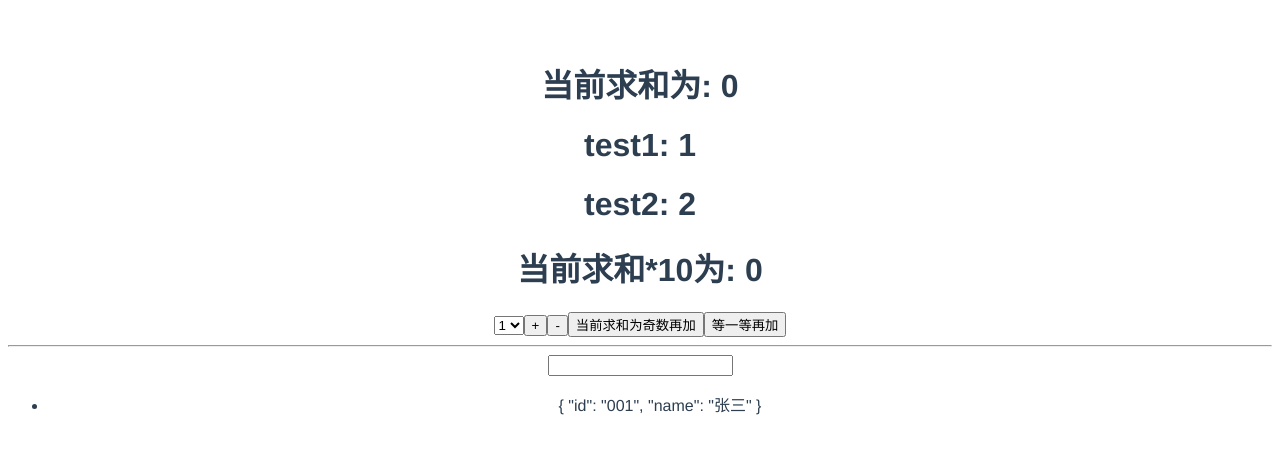
Repository: 319226862/wyy
Page: /#/home/message (app in test/)
An editor plug-in stored every save of this project. The page is shown before and after the next save, followed by the edit.
The browser window is 1280 px wide. The pictures show the whole page.
The project was rebuilt for these pictures with package versions that can differ from the ones it lists, and the page was loaded fresh each time. Also part of the build but not shown: test/vue.config.js.

Above is the page before, as saved 2023-07-03 15:20:31.

### test/src/main.js
import Vue from 'vue'
import App from './App.vue'
import store from './store'

Vue.config.productionTip = false

new Vue({
  render: h => h(App),
  store,
  beforeCreate(){
    Vue.prototype.$bus = this
  }
}).$mount('#app')

### test/src/App.vue
<template>
  <div id="container">
    <!-- <Category title="food" :listData="foods"/> -->
    <!-- <Category title="game" :listData="games"/> -->
    <!-- <Category title="film" :listData="films"/> -->
    <!-- <Category title="food">
      <img slot="bottom" src="https://s3.ax1x.com/2021/01/16/srJlq0.jpg" />
      <a slot="footer" href="#">more</a>
    </Category> -->

    <!-- <Category title="games">
      <template scope="data">
        <ul>
          <li v-for="(game,index) in data.games" :key="index">{{ game }}</li>
        </ul>
      </template>
    </Category>

    <Category title="games">
      <template scope="data">
        <ol>
          <li v-for="(game,index) in data.games" :key="index">{{ game }}</li>
        </ol>
      </template>
    </Category>

    <Category title="games">
      <template scope="data">
        <h4>
          <li v-for="(game,index) in data.games" :key="index">{{ game }}</li>
        </h4>
      </template>
    </Category> -->

    <!-- <Category title="films">
      <video slot="bottom" src="http://clips.vorwaerts-gmbh.de/big_buck_bunny.mp4"></video>
      <a slot="footer" href="#">more</a>
    </Category> -->


    <Count/>
    <hr/>
    <Person/>
  </div>
</template>

<script>
// import axios from 'axios'
// import Category from './components/Category.vue'
import Count from './components/Count.vue';
import Person from './components/Person.vue';
export default {
  name: 'App',
  components: {Count,Person},
  methods:{
  }
}
</script>

<style>
#container {
  font-family: Avenir, Helvetica, Arial, sans-serif;
  -webkit-font-smoothing: antialiased;
  -moz-osx-font-smoothing: grayscale;
  text-align: center;
  color: #2c3e50;
  margin-top: 60px;
}

</style>

### test/src/store/index.js
// 用于创建vuex的store
import Vue from 'vue'
import Vuex from 'vuex'
Vue.use(Vuex)
// 准备actions——用于响应组件中的动作
const actions={
    jia(context,value){
        // console.log("actions,jia被调用",context,value)
        context.commit('JIA',value)
    },
    jian(context,value){
        // console.log("actions,jia被调用",context,value)
        context.commit('JIAN',value)
    },
    jiaOdd(context,value){
        if (context.state.number%2){
            context.commit('JIA',value)
        }
    },
    jiaWait(context,value){
        setTimeout(() => {
            context.commit('JIA',value)
        }, 500);
    }
}

// 准备mutations——用于操作数据state
const mutations={
    JIA(state,value){
        // console.log("mutations,JIA被调用",state,value)
        state.number += value
    },
    JIAN(state,value){
        // console.log("mutations,JIA被调用",state,value)
        state.number -= value
    },
}

// 准备state——用于存储数据   data
const state={
    // 求和数字
    number:0,
    school:1,
    subject:2,
    personList:[
        {id: '001',name:'张三'}
    ]
}

// 准备getters——用于加工state中的数据   computed
const getters = {
    bigSum(state){
        return state.number*10
    }
}

// 创建&暴露store
export default new Vuex.Store({
    actions,
    mutations,
    state,
    getters
})

### test/src/components/Count.vue
<template>
    <div>
        <h1>当前求和为: {{ number }}</h1>
        <h1>test1: {{ school }}</h1>
        <h1>test2: {{ subject }}</h1>
        <h1>当前求和*10为: {{ $store.getters.bigSum }}</h1>
        <select v-model.number="n">
            <option value="1">1</option>
            <option value="2">2</option>
            <option value="3">3</option>
        </select>
        <button @click="increment">+</button>
        <button @click="decrement">-</button>
        <button @click="incrementOdd">当前求和为奇数再加</button>
        <button @click="incrementWait">等一等再加</button>
    </div>
</template>

<script>
import {mapState} from 'vuex'
export default {
    data(){
        return {
            // 用户选择的数字
            n:1,

        }
    },
    computed: {
        // 对象写法
        // ...mapState({
        //     number:'number',
        //     school:'school',
        //     subject:'subject'
        // })
        ...mapState(['number','school','subject'])
    },
    methods:{
        increment(){
            // this.number += this.n
            this.$store.commit('JIA',this.n)
        },
        decrement(){
            // this.number -= this.n
            // commit 越过dispatch
            this.$store.commit('JIAN',this.n)
        },
        incrementOdd(){
            // if(this.number%2){
            //     this.number += this.n
            // }
            // if(this.$store.state.number%2){
            //     this.$store.dispatch('jia',this.n)
            // }
            this.$store.dispatch('jiaOdd',this.n)
        },
        incrementWait(){
            // setTimeout(()=>{
            //     // this.number += this.n
            //     this.$store.dispatch('jia',this.n)
            // },500)
            this.$store.dispatch('jiaWait',this.n)
        },
    },
}
</script>

<style>

</style>

### test/src/components/Person.vue
<template>
    <div>
        <input type="text" >
        <ul v-for="person in $store.state.personList" :key="person.id">
            <li>{{ person }}</li>
        </ul>
    </div>
</template>

<script>
export default {
    name: 'Person'
}
</script>

<style>

</style>

Loaded but not shown: test/public/index.html (common file)

After the next save:
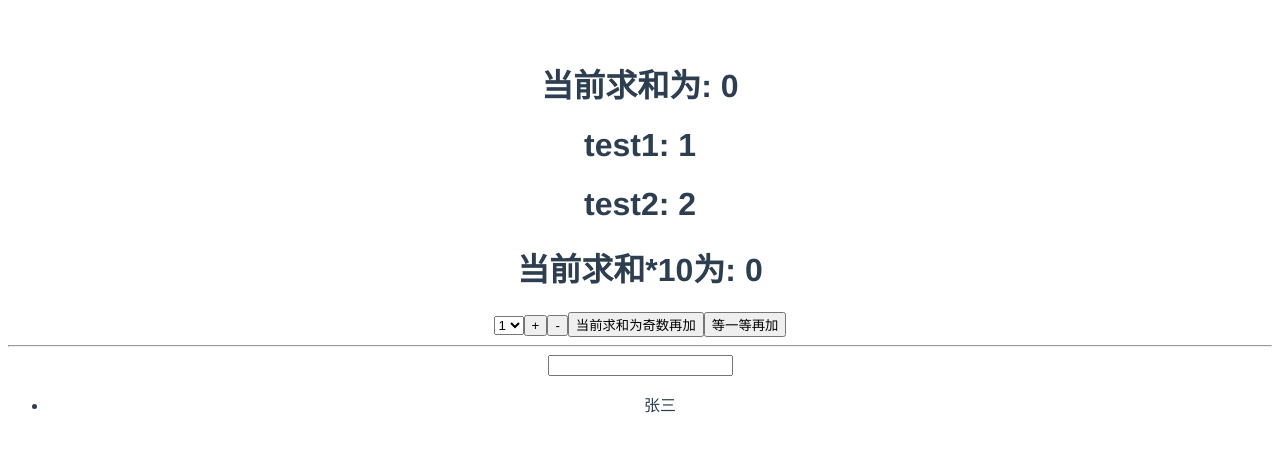
Saved 6 s later.
--- a/test/src/components/Person.vue
+++ b/test/src/components/Person.vue
@@ -2,7 +2,7 @@
     <div>
         <input type="text" >
         <ul v-for="person in $store.state.personList" :key="person.id">
-            <li>{{ person }}</li>
+            <li>{{ person.name }}</li>
         </ul>
     </div>
 </template>
